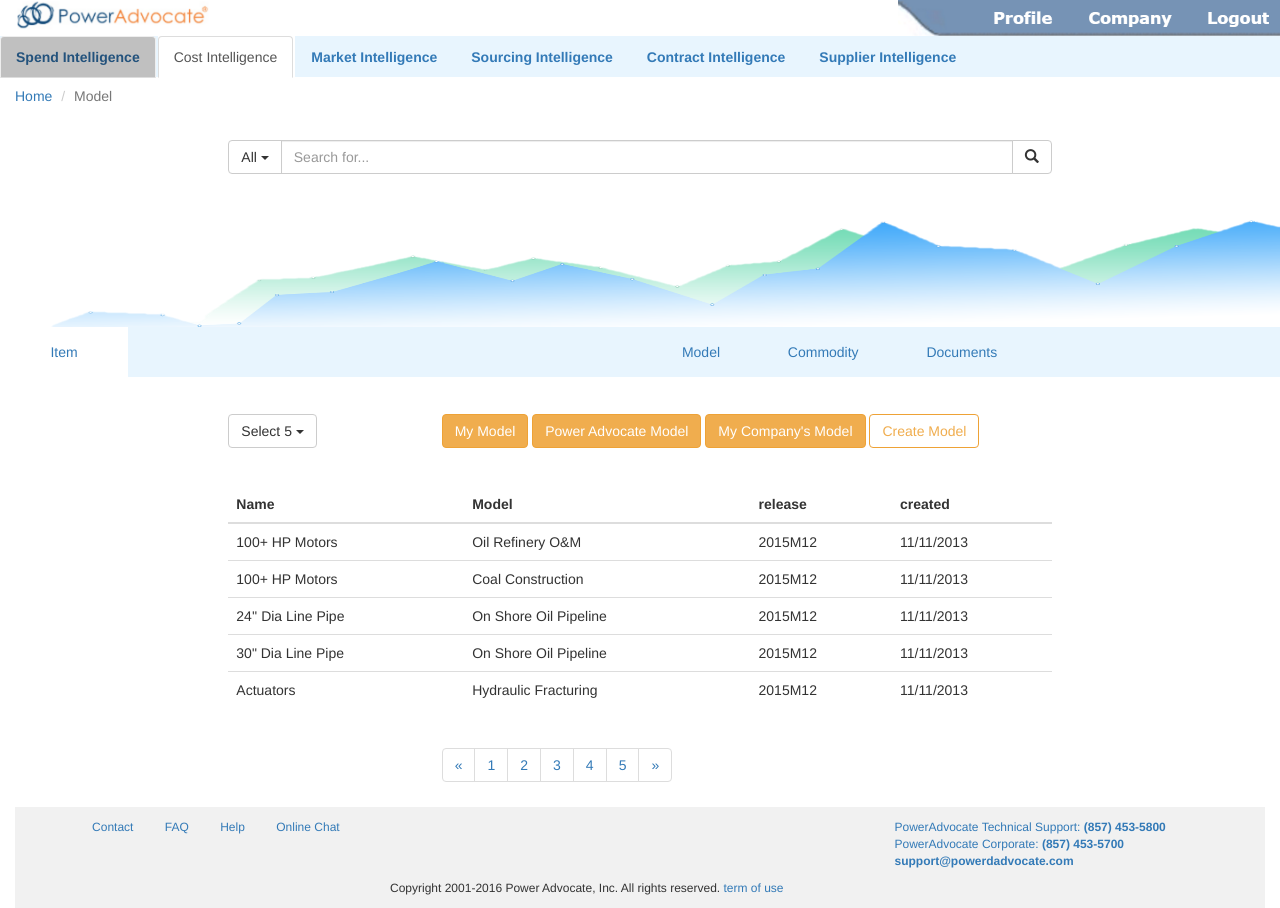
Repository: SamiraMansouri/PowerAdvocate-CostIntelligence-Application-new-Design-using-UserExperience-Method-
Page: http://localhost/PowerAdvocate/WEB-INF/views/Item.jsp
These files come from the project's save history. The page is drawn as it stood at one moment and after the next save; the edit follows.
The browser window is 1280 px wide. The pictures show the whole page.
The pointer rests on the first visible `ul.nav a`.
The page is served by Tomcat 9. Nobody is signed in. Other server files are loaded and not shown. The template is opened directly, without the code that normally fills it, so the values that code supplies are empty.

Above is the page before, as saved 2016-04-25 02:51:23.

### PowerAdvocate-Prototype/PowerAdvocate/src/main/webapp/WEB-INF/views/Item.jsp
<!DOCTYPE html>
<html lang="en">
<head>
<title>Item</title>
<meta charset="utf-8">
<meta name="viewport" content="width=device-width, initial-scale=1">
<link rel="stylesheet"
	href="http://maxcdn.bootstrapcdn.com/bootstrap/3.3.6/css/bootstrap.min.css">
<script
	src="https://ajax.googleapis.com/ajax/libs/jquery/1.12.0/jquery.min.js"></script>
<script
	src="http://maxcdn.bootstrapcdn.com/bootstrap/3.3.6/js/bootstrap.min.js"></script>
</head>
<style>
.nav .navbar-nav>li>a:hover, .navbar-default .navbar-nav>li>a:focus {
	color: #ffff; /*Sets the text hover color on navbar*/
}

.nav .nav-tabs>.active>a, .nav .nav-tabs>.active>a:hover, .nav .nav-tabs>.active>a:focus
	{
	color: black; /*BACKGROUND color for active*/
	background-color: red;
}

.nav {
	background-color: #e8f5fe;
	border-color: white;
}

.nav>li>a:hover, .nav>li>a:focus {
	text-decoration: none;
	background-color: silver; /*Change rollover cell color here*/
}

.navbar-default .navbar-nav>li>a {
	color: white; /*Change active text color here*/
}

.top-buffer {
	margin-top: 3%;
}

.nav .nav-tabs {
	display: inline-block;
	float: none;
	vertical-align: top;
}

.nav .navbar-collapse {
	text-align: center;
}

#bs-example-navbar-collapse-1 {
	padding: 0;
}

lineblue {
	border-bottom: 5pt solid black;
}

.navbar-nav {
	width: 100%;
	text-align: center; > li { float : none;
	display: inline-block;
}

}
.active {
	background-color: #fff;
}

.btn-warning.btn-outline {
	color: #f0ad4e;
}

.btn-warning.btn-outline:hover {
	color: #fff;
}

.btn-outline {
	background-color: transparent;
	color: inherit;
	transition: all .5s;
}

.footer {
	background-color: #F1F1F1;
	padding-top: 1%;
	font-size: 12px;
}

#col1 li {
	display: inline;
	text-decoration: none;
	padding-left: 5%;
}

#col1 ul {
	padding-left: 0;
}

#col2 li {
	text-decoration: none;
	padding-left: 35%;
	list-style-type: none;
}
.image
{
padding-right:0;

}
</style>
<body>

	<div class="container-fluid">
		<div class="row">
			<div class="col-md-4 ">
				<img src="resources/img/pa.png" alt="logo"
					style="width: 50%; height: 30%;">
			</div>
			<div class="col-md-8 image">
				<span class="pull-right "> <img src="resources/img/menu.png"
					class="pull-right " alt="logo" style="width: 60%; height: 30%;">
				</span>
			</div>
		</div>

		<!--end of row-->
		<div class="row">
			<ul class="nav nav-tabs">
				<li role="presentation"><a href="#"><b>Spend
							Intelligence</b></a></li>
				<li role="presentation" class="active"><a href="#">Cost
						Intelligence</a></li>
				<li role="presentation"><a href="#"><b>Market
							Intelligence</b></a></li>
				<li role="presentation"><a href="#"><b>Sourcing
							Intelligence</b></a></li>
				<li role="presentation"><a href="#"><b>Contract
							Intelligence</b></a></li>
				<li role="presentation"><a href="#"><b>Supplier
							Intelligence</b></a></li>
			</ul>
		</div>
		<!--end of row-->

		<div class="row">
			<ol class="breadcrumb"
				style="margin-bottom: 2%; background-color: #fff;">
				<li><a href="#">Home</a></li>
				<li class="active">Model</li>
			</ol>
		</div>
		<!-- bread crumb -->

		<div class="row">
			<div class="col-lg-2"></div>
			<div class="col-lg-8">
				<div class="input-group">
					<div class="input-group-btn">
						<button type="button" class="btn btn-default dropdown-toggle"
							data-toggle="dropdown" aria-haspopup="true" aria-expanded="false">
							All <span class="caret"></span>
						</button>
						<ul class="dropdown-menu">
							<li><a href="#">All</a></li>
							<li role="separator" class="divider"></li>
							<li><a href="#">Model</a></li>
							<li><a href="#">Item</a></li>
							<li><a href="#">Commodity</a></li>
						</ul>
					</div>
					<!-- btn-group -->

					<input type="text" class="form-control" placeholder="Search for..." />
					<span class="input-group-btn">
						<button class="btn btn-default" type="button">
							<span class="glyphicon glyphicon-search" aria-hidden="true"></span>
						</button>
					</span>
				</div>
				<!-- /input-group -->
			</div>
			<!-- lg-8 -->
			<div class="col-lg-2"></div>
		</div>
		<!-- /row -->

		<div class="row">
			<div class="col-md-12 image">
				<img  src="resources/img/background_less.png" alt="logo"
					style="width: 100%; height: 115px; margin-top:3%;">
			</div>
		</div>
		<!-- row -->

		<div class="row">
			<div class=" collapse navbar-collapse "
				id="bs-example-navbar-collapse-1">
				<ul class="nav navbar-nav">
				<li style=""><a href="#"></a></li>
				<li><a href="#"></a></li>
				<li><a href="#"></a></li>
				<li><a href="#"></a></li>
				<li><a href="#"></a></li>
				<li><a href="#"></a></li>
				<li><a href="#"></a></li>
				<li><a href="#"></a></li>
				<li><a href="#"></a></li>
					<li style="width=10%"><a href="/prototype/home">Model</a></li>
					<li class="pull-left active" style="width:10%"><a href="/prototype/Item">Item</a></li>
									<li><a href="#"></a></li>
					<li><a href="/prototype/Commodity" style="width:10%">Commodity</a></li>
									<li><a href="#"></a></li>
					<li><a href="/prototype/Documents" style="width:10%">Documents</a></li>
									<li><a href="#"></a></li>
				</ul>
			</div>
			<!-- /.navbar-collapse -->
		</div>

		<div class="row top-buffer ">
			<div class="col-md-2"></div>
			<div class="col-md-2">

				<div class="dropdown pull-left ">
					<button class="btn btn-default dropdown-toggle" type="button"
						id="dropdownMenu2" data-toggle="dropdown" aria-haspopup="true"
						aria-expanded="false">
						Select 5 <span class="caret"></span>
					</button>
					<ul class="dropdown-menu" aria-labelledby="dropdownMenu2">
						<li><a href="#">Select 5</a></li>
						<li><a href="#">Select 10</a></li>
						<li><a href="#">Select 50</a></li>
						<li><a href="#">Select 100</a></li>
					</ul>
				</div>
			</div>
			<div class="col-md-6 ">
				<button type="Button" class="btn btn-warning">My Model</button>
				<button type="Button" class="btn btn-warning">Power
					Advocate Model</button>
				<button type="Button" class="btn btn-warning">My Company's
					Model</button>
				<a class="btn btn-warning btn-outline ">Create Model</a>
			</div>
<div class="col-md-2"></div>
		</div>



	  <div class="row top-buffer ">
    	<div class="col-sm-2"></div>
    	<div class="col-sm-8">
    		<table class="table table-hover">
    					<thead>
      						<tr>
        						<th>Name</th>
                    <th>Model</th>
        						<th>release </th>
        						<th>created</th>
      						</tr>
    					</thead>
    					<tbody>
      							<tr>
        							<td>100+ HP Motors</td>
                      <td>Oil Refinery O&M</td>
        							<td>2015M12</td>
        							<td>11/11/2013</td>
      							</tr>
      							<tr>
        							<td>100+ HP Motors</td>
                      <td>Coal Construction</td>
        							<td>2015M12</td>
        							<td>11/11/2013</td>
      							</tr>
      							<tr>
        							<td>24'' Dia Line Pipe</td>
                      <td>On Shore Oil Pipeline</td>
        							<td>2015M12</td>
        							<td>11/11/2013</td>
      							</tr>
      							<tr>
        							<td>30" Dia Line Pipe</td>
                      <td>On Shore Oil Pipeline</td>
        							<td>2015M12</td>
        							<td>11/11/2013</td>
      							</tr>
      							<tr>
        							<td>Actuators</td>
                      <td>Hydraulic Fracturing</td>
        							<td>2015M12</td>
        							<td>11/11/2013</td>
      							</tr>
    					</tbody>
    			</table>
    	</div>

		<div class="col-md-2"></div>
	</div>

	<!--  -->
	<div class="row">
		<div class="col-md-2"></div>
		<div class="col-md-2"></div>
		<div class="col-md-8 ">
			<nav>
				<ul class="pagination">
					<li><a href="#" aria-label="Previous"> <span
							aria-hidden="true">&laquo;</span>
					</a></li>
					<li><a href="#">1</a></li>
					<li><a href="#">2</a></li>
					<li><a href="#">3</a></li>
					<li><a href="#">4</a></li>
					<li><a href="#">5</a></li>
					<li><a href="#" aria-label="Next"> <span
							aria-hidden="true">&raquo;</span>
					</a></li>
				</ul>
			</nav>
		</div>
	</div>
	<!--pagination-->
	<!--footer-->
	<div class="footer">
		<div class="row ">
			<div class="col-md-6" id="col1" style="padding-left: 5%;">
				<ul>
					<li><a src="#"> Contact</a></li>
					<li><a src="#"> FAQ </a></li>
					<li><a src="#"> Help</a></li>
					<li><a src="#"> Online Chat</a></li>
				</ul>
			</div>

			<div class="col-md-6" id="col2">
				<ul>
					<li><a src="#"> PowerAdvocate Technical Support:<b> (857)
							453-5800</b></a></li>
					<li><a src="#"> PowerAdvocate Corporate: <b>(857) 453-5700 </b></a></li>
					<li><a src="#"><b>support@powerdadvocate.com</b> </a></li>
				</ul>
			</div>
		</div>
		<div class="row">
			<div class="col-md-12">
				<p style="padding-left: 30%;">
					Copyright 2001-2016 Power Advocate, Inc. All rights reserved.<a
						src="#"> term of use </a>
				</p>
			</div>
		</div>
	</div>
	<!-- end of footer-->


	</div>
</body>
</html>

After the next save:
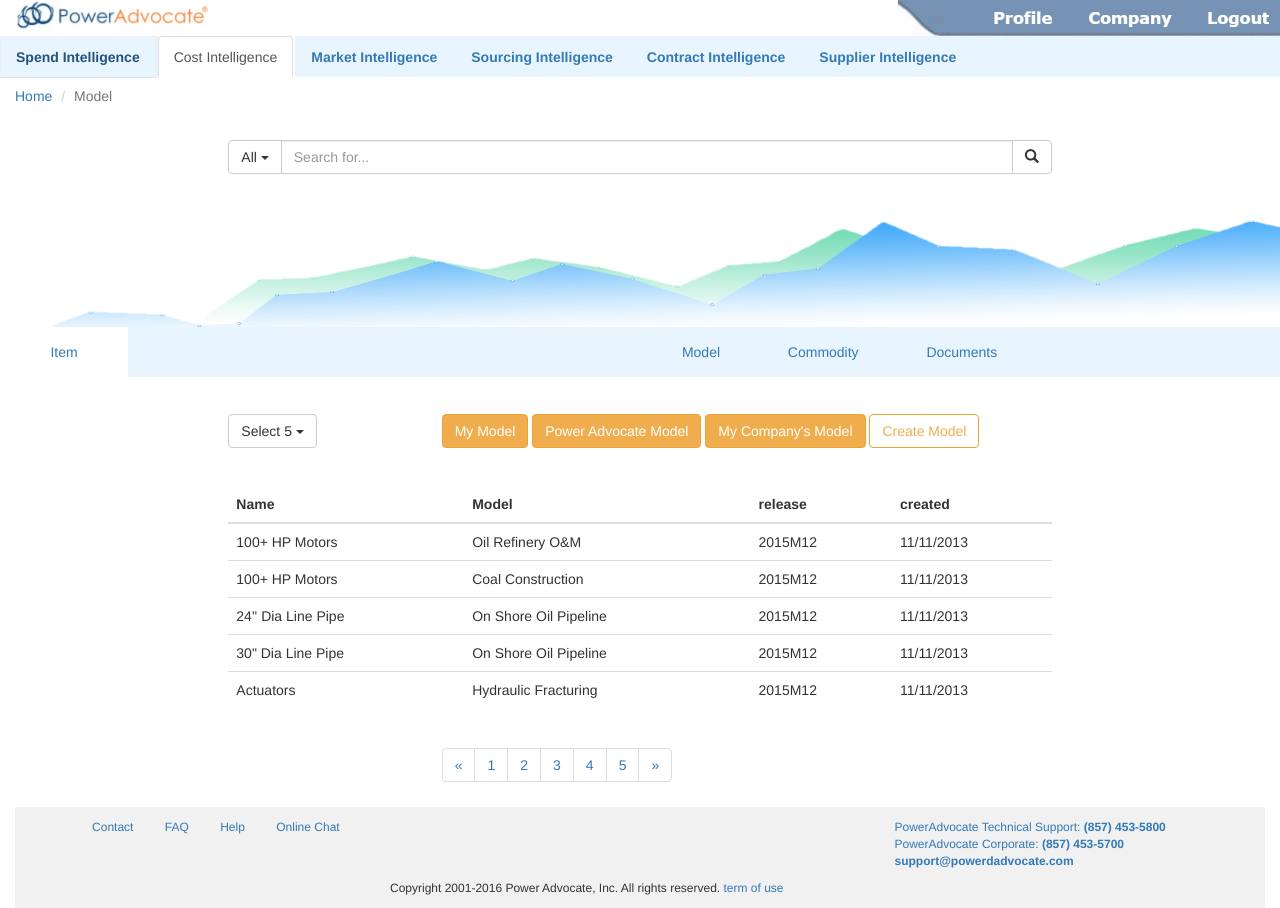
Saved 6 min 37 s later.
--- a/PowerAdvocate-Prototype/PowerAdvocate/src/main/webapp/WEB-INF/views/Item.jsp
+++ b/PowerAdvocate-Prototype/PowerAdvocate/src/main/webapp/WEB-INF/views/Item.jsp
@@ -109,6 +109,7 @@
 padding-right:0;
 
 }
+ul.nav a:hover { background-color: #e8f5fe; font-weight:bold; !important; }
 </style>
 <body>
 
